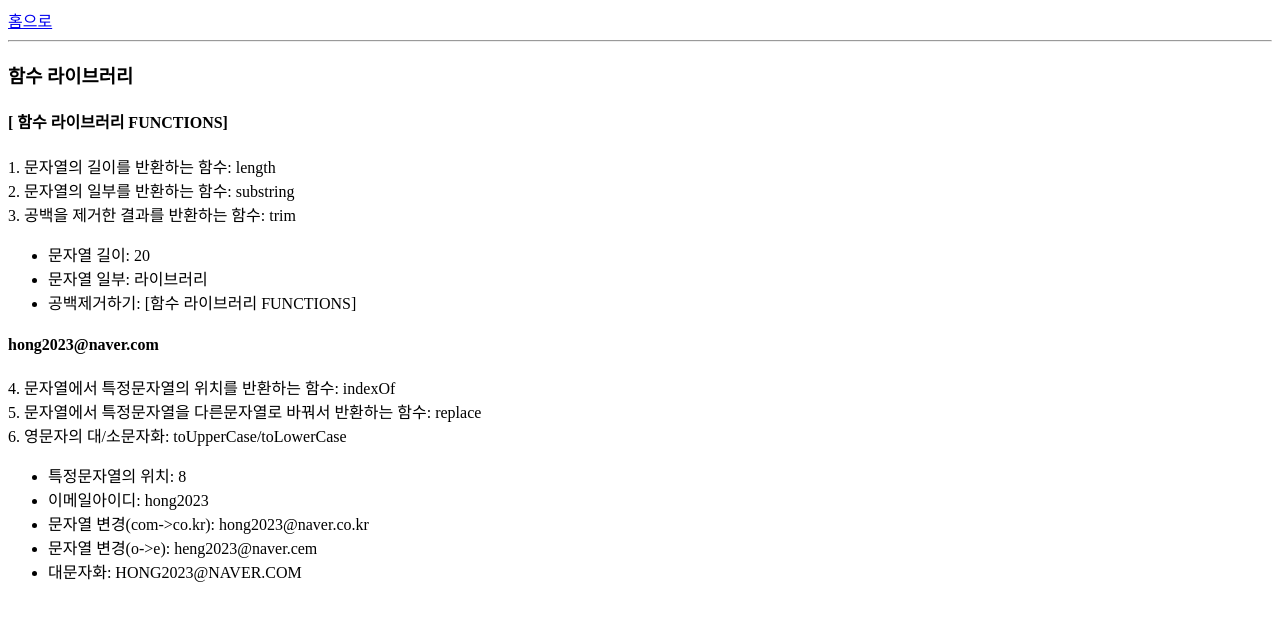
Repository: linklifejo/study_web
Page: http://localhost/servlet02/jstl/functions.jsp
These files come from the project's save history. The page is drawn as it stood at one moment and after the next save; the edit follows.
The browser window is 1280 px wide. The pictures show the whole page.
The page is served by Tomcat 9.

Above is the page before, as saved 2023-02-08 01:56:36.

After the next save:
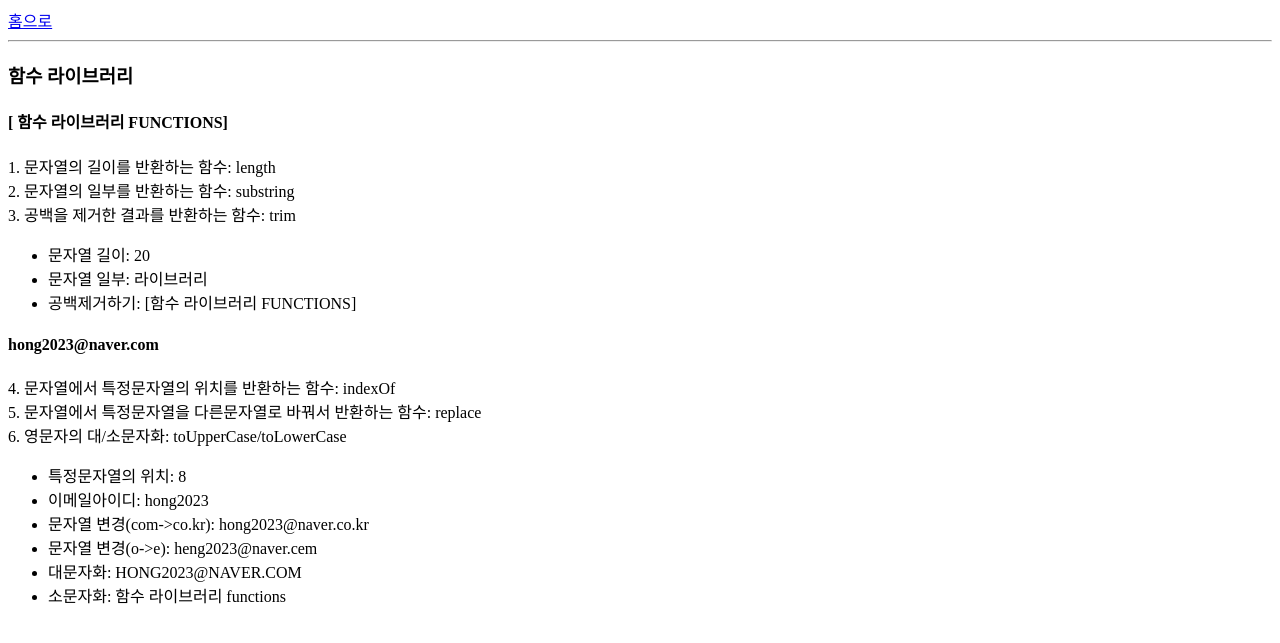
Saved 32 s later.
--- a/servlet02/src/main/webapp/jstl/functions.jsp
+++ b/servlet02/src/main/webapp/jstl/functions.jsp
@@ -35,6 +35,7 @@
 	<li>문자열 변경(com->co.kr): ${fn: replace(email, 'com', 'co.kr') }</li>
 	<li>문자열 변경(o->e): ${fn: replace(email, 'o', 'e') }</li>
 	<li>대문자화: ${fn: toUpperCase(email) }</li>
+	<li>소문자화: ${fn: toLowerCase(title) }</li>
 </ul>
 
 
